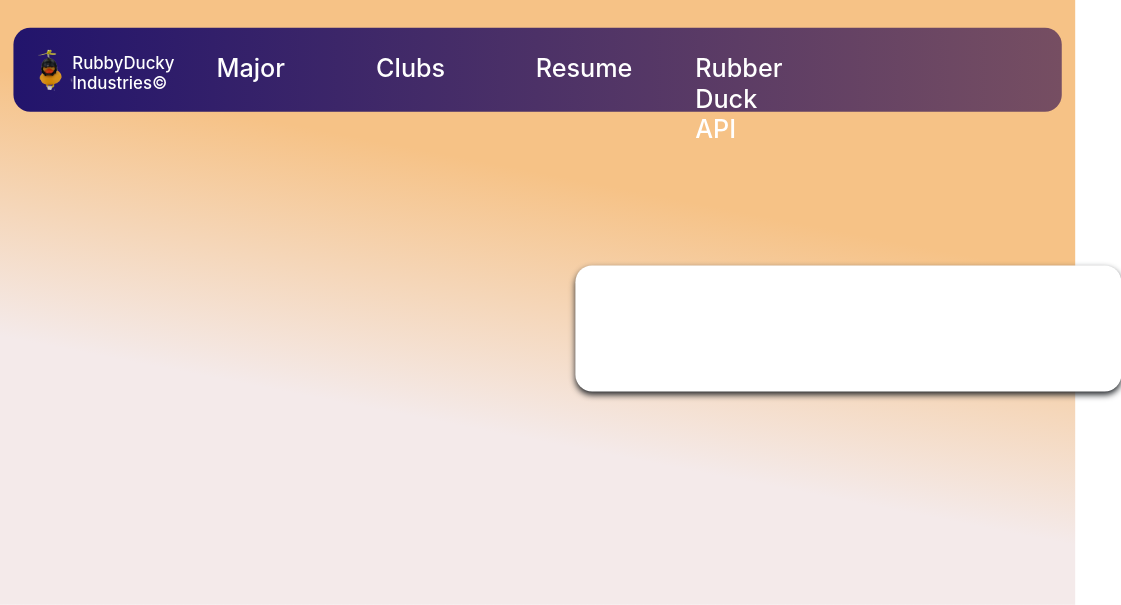
Repository: newcoder69/IST-256
Page: API.html
An editor plug-in stored every save of this project. The page is shown before and after the next save, followed by the edit.
The browser window is 1280 px wide. The page is 1335 px wide, so the pictures cover 1335 px, including what lies to the right of the window. The pictures show the whole page, at 84% of full size.
The page's requests for data from a server got no answer.

Above is the page before, as saved 2024-03-11 16:00:41.

### API.html
<!DOCTYPE html>

<html lang="en">
<link rel="stylesheet" href="apistyles.css">
<link rel="stylesheet" href="https://cdn.jsdelivr.net/npm/bootstrap@4.6.2/dist/css/bootstrap.min.css" integrity="sha384-xOolHFLEh07PJGoPkLv1IbcEPTNtaed2xpHsD9ESMhqIYd0nLMwNLD69Npy4HI+N" crossorigin="anonymous">
<nav>
    <div class="navbar">
        <div class="navbar-contents">
            <ul>
                <li id="title">
                    <a href="index.html" >
                        <img id= arrow src="voro-rubber-ducky-02_1200x (1).png" style="width: 50px;">
                        <span><h5>RubbyDucky Industries&copy;</h5></span>
                    </a>
                </li>

                <li>

                    <a class="nav-button" href="myMajor.html">
                        <h5>Major</h5>
                    </a>
                </li>

                <li>
                    <a class="nav-button" href="clubs.html">
                        <h5>Clubs</h5>
                    </a>
                </li>

                <li>
                    <a class="nav-button" href="myResume.html">
                       <h5>Resume</h5>
                    </a>
                </li>

                <li>
                    <a class="nav-button" href="API.html">
                        <h5>Rubber Duck API</h5>
                    </a>
                </li>
            </ul>
        </div>
    </div>
   </nav>
<body>



</body>


<div id="api-container">
    <script>
        const div = document.getElementById('api-container');
        const url = 'https://icanhazdadjoke.com/';

        const headers = new Headers({
            'Accept': 'application/json'
        });

        fetch(url, {headers})
            .then((Response) => {
                return Response.json();
            })

            .then((data) =>{
                console.log(data);
                let p = document.createElement('p');
                p.innerHTML = `${data.joke}`;
                div.appendChild(p)
            })

            .catch(function (error) {
                console.log(error)
            });


    </script>

</div>




</html>

### apistyles.css
.navbar-contents{
    display: flex;
    justify-content: space-between;
    align-items: center;
    width: 100%;
    margin-top: 25px;
   background: #764E62;
    background: linear-gradient(270deg, #764E62, #22146C);
    border-radius: 20px;

    height: 100px;


}

.navbar{
    position: static;
    height: 2px;
}

.navbar-contents ul{
    display: flex;
    list-style: none;
    padding: 0;
    margin: 0;
    justify-content: flex-end;
    width: 100%;
    text-decoration: none;
    margin-right: 500px;

}

.navbar-contents li{
    padding: 20px;
    text-decoration: none;


}

#title{
    flex-grow: 1;
    margin-bottom: 100px;
}

#title a{
    display: flex;
    align-items:center;
    text-decoration: none;
    color:white;
    font-size: 50px;
    padding-top: 100px;


}

#title a span{
    margin-top: 15px;
}

.nav-button h5{

    margin-top: 105px;
    color:white;
    font-size: 30px;
    text-decoration: none;
    width: 150px;
    padding: 10px;
}

.navbar-contents li a{
    text-decoration: none;
}

body{
background: rgb(244,234,234);
background: linear-gradient(11deg, rgba(244,234,234,1) 33%, rgba(246,194,134,1) 66%);
background-repeat:no-repeat;
background-size:fill;

min-height: 100vh
}


#api-container {
    background-color:white;
    width:650px;
    margin-left: 685px;
    margin-top: 300px;
    height: 150px;
    border-radius: 20px;
    box-shadow: 0px 4px 8px;



}


#api-container p{
    text-align: center;
    padding-top: 55px;
    font-size: 25px;

}

.side-bar{
    background-color:lightblue;
    width:400px;

    margin-top: 300px;
    height: 500px;

}

form{
    padding: 30px 70px;
}

After the next save:
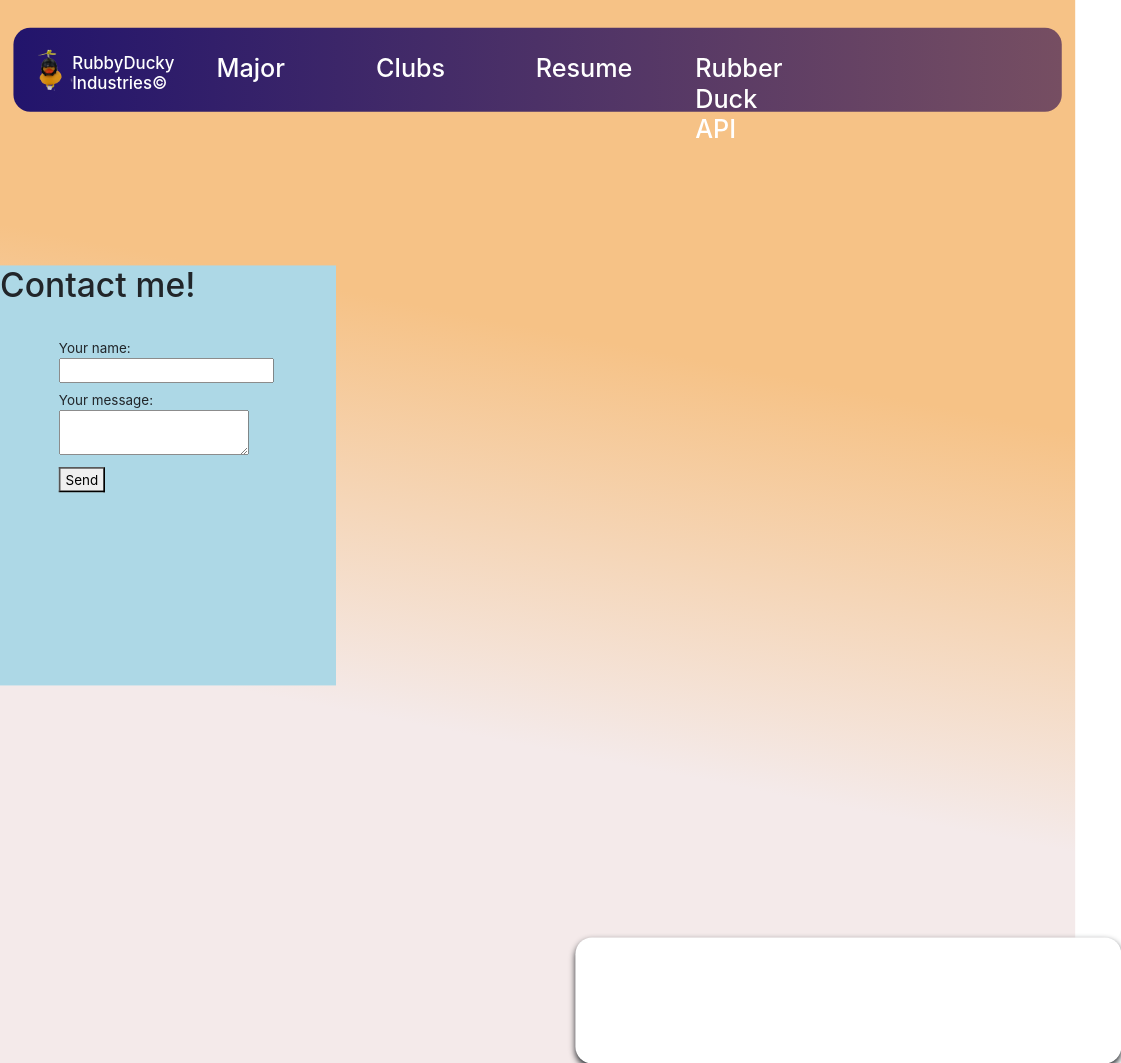
Saved 4 min 25 s later.
--- a/API.html
+++ b/API.html
@@ -46,38 +46,65 @@
 
 
 
+    <div class="side-bar">
+        <h1>Contact me!</h1>
+        <div class="form">
+            <form
+  action="https://formspree.io/f/meqyzrwk"
+  method="POST"
+>
+  <label>
+    Your name:
+    <input id="name" type="text" name="email">
+  </label>
+  <label>
+    Your message:
+    <textarea id="message" name="message"></textarea>
+  </label>
+  <!-- your other form fields go here -->
+  <button type="submit">Send</button>
+    </form>
+     </div>
+
+    </div>
+
+
+
+    <div id="api-container">
+        <script>
+            const div = document.getElementById('api-container');
+            const url = 'https://icanhazdadjoke.com/';
+
+            const headers = new Headers({
+                'Accept': 'application/json'
+            });
+
+            fetch(url, {headers})
+                .then((Response) => {
+                    return Response.json();
+                })
+
+                .then((data) =>{
+                    console.log(data);
+                    let p = document.createElement('p');
+                    p.innerHTML = `${data.joke}`;
+                    div.appendChild(p)
+                })
+
+                .catch(function (error) {
+                    console.log(error)
+                });
+
+
+        </script>
+
+    </div>
+
+
 </body>
 
 
-<div id="api-container">
-    <script>
-        const div = document.getElementById('api-container');
-        const url = 'https://icanhazdadjoke.com/';
 
-        const headers = new Headers({
-            'Accept': 'application/json'
-        });
-
-        fetch(url, {headers})
-            .then((Response) => {
-                return Response.json();
-            })
-
-            .then((data) =>{
-                console.log(data);
-                let p = document.createElement('p');
-                p.innerHTML = `${data.joke}`;
-                div.appendChild(p)
-            })
-
-            .catch(function (error) {
-                console.log(error)
-            });
-
-
-    </script>
-
-</div>
 
 
 
